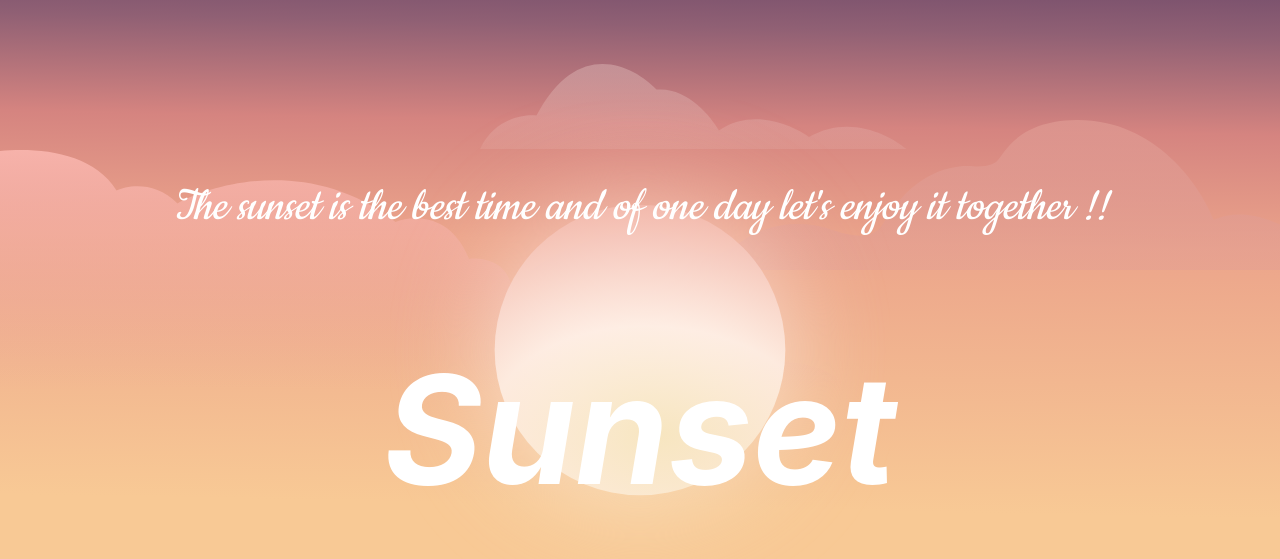
Repository: nambui98/parallax
Page: /
The author's editor kept a copy of each file at every save. The page is drawn from the files as they stood at one save, then again after a run of saves.
The browser window is 1280 px wide. The pictures show the whole page.
The project was rebuilt for these pictures with package versions that can differ from the ones it lists, and the page was loaded fresh each time. Also part of the build but not shown: vite.config.ts.

Above is the page before, as saved 2022-03-24 11:36:39.

### src/App.tsx
import { useState } from 'react'
import bg_1 from './assets/images/bg_1.svg'
import bg_2 from './assets/images/bg_2.svg'
import bg_3 from './assets/images/bg_3.svg'
import bg_4 from './assets/images/bg_4.svg'
import './App.scss'

function App() {

  return (
    <div className="App">
      <div className="main">
        <div className="banner">
          <img className='bg_1' src={bg_1} alt="" />
          <img className='bg_2' src={bg_2} alt="" />
          <img className='bg_3' src={bg_3} alt="" />
          <img className='bg_4' src={bg_4} alt="" />
          <h3>The sunset is the best time and of one day let's enjoy it together !!</h3>
          <h1>Sunset</h1>
        </div>
      </div>
    </div>
  )
}

export default App

### src/App.scss
@import url('https://fonts.googleapis.com/css2?family=Cookie&display=swap');
*,
*::after,
*::before{
  padding: 0;
  margin: 0;
  box-sizing: inherit;
}
html{
  font-size: 62.5%;
  box-sizing: border-box;
}
.banner{
  background: linear-gradient(181.12deg, #6D4869 -4.47%, #906074 5.09%, #D58480 18.15%, #ECA58B 34.03%, #F8C995 69.69%);
  height: 100vh;
  position: relative;

  h3{
    position: absolute;
    top: 18rem;
    width: 100%;
    font-size: 5rem;
    font-weight: 400;
    font-style: italic;
    color: #fff;
    font-family: 'Cookie', cursive;
    text-align: center;
    // left: 50%;
    // transform: translateX(-50%);
  }
  h1{
    position: absolute;
    bottom: 20rem;
    width: 100%;
    font-size: 15rem;
    font-style: italic;
    color: #fff;
    text-align: center;
  }
  img{
    position: absolute;
    &.bg_1{
      top: 6.4rem;
      left: 48rem;
    }
    &.bg_2{
      left: 0;
      top: 15rem;
    }
    &.bg_3{
      right: 0;
      top: 12rem;
    }
    &.bg_4{
      left: 50%;
      top: 10rem;
      transform: translateX(-50%);
      // top: 28.6rem;
      width: 50rem;
    }
  }
}

Loaded but not shown: index.html (common file); src/main.tsx (common file); src/index.css (common file)

After the next 2 saves:
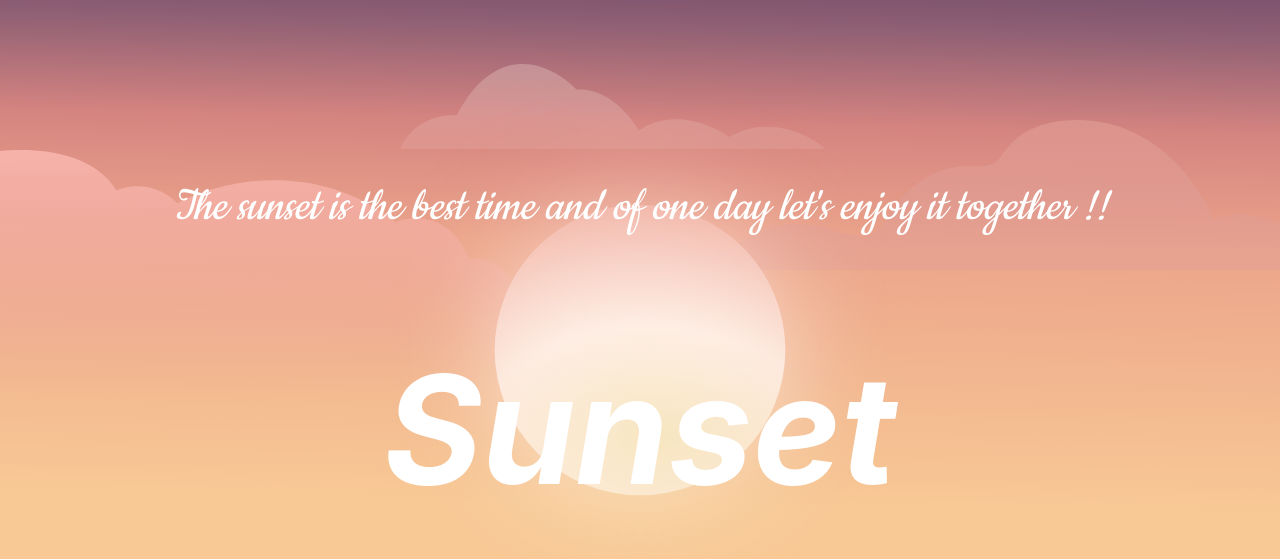
The 2 saves are shown as one change because they came seconds apart.
The last was saved 8 s later.
--- a/src/App.scss
+++ b/src/App.scss
@@ -41,7 +41,7 @@ html{
     position: absolute;
     &.bg_1{
       top: 6.4rem;
-      left: 48rem;
+      left: 40rem;
     }
     &.bg_2{
       left: 0;
